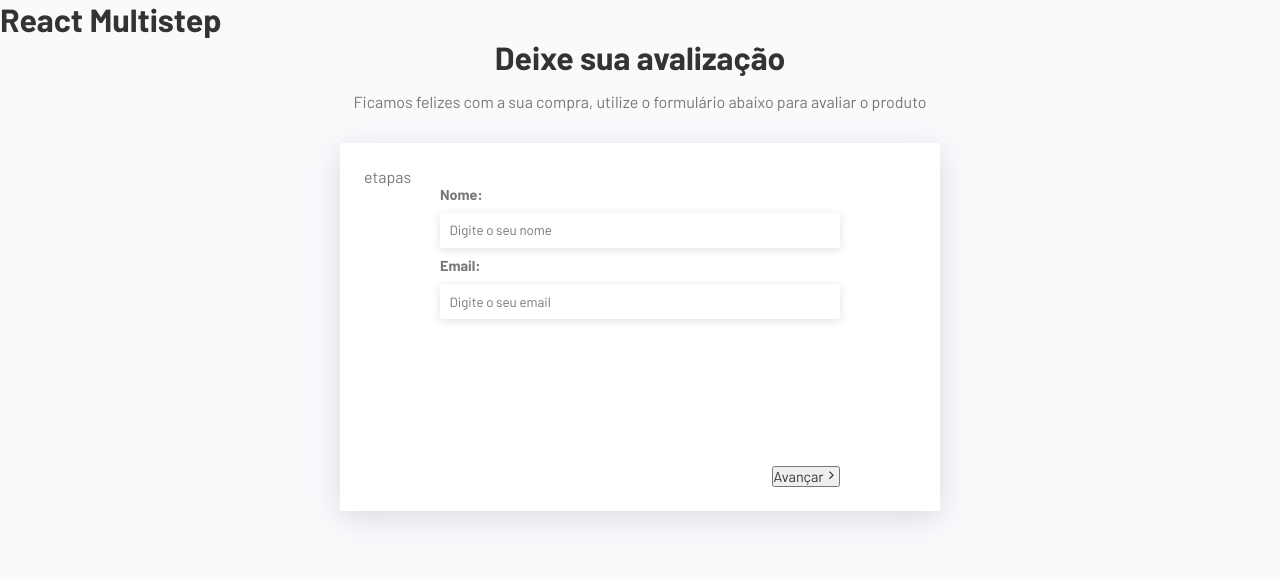
Repository: Bitroia/multistep_form_react
Page: / (app in multistep_form_react/)
The author's editor kept a copy of each file at every save. The page is drawn from the files as they stood at one save, then again after a run of saves.
The browser window is 1280 px wide. The pictures show the whole page.
The project was rebuilt for these pictures with package versions that can differ from the ones it lists, and the page was loaded fresh each time. Also part of the build but not shown: multistep_form_react/vite.config.js, multistep_form_react/src/components/ReviewForm.jsx, multistep_form_react/src/components/Thanks.jsx.

Above is the page before, as saved 2026-06-12 14:12:08.

After the next 4 saves:
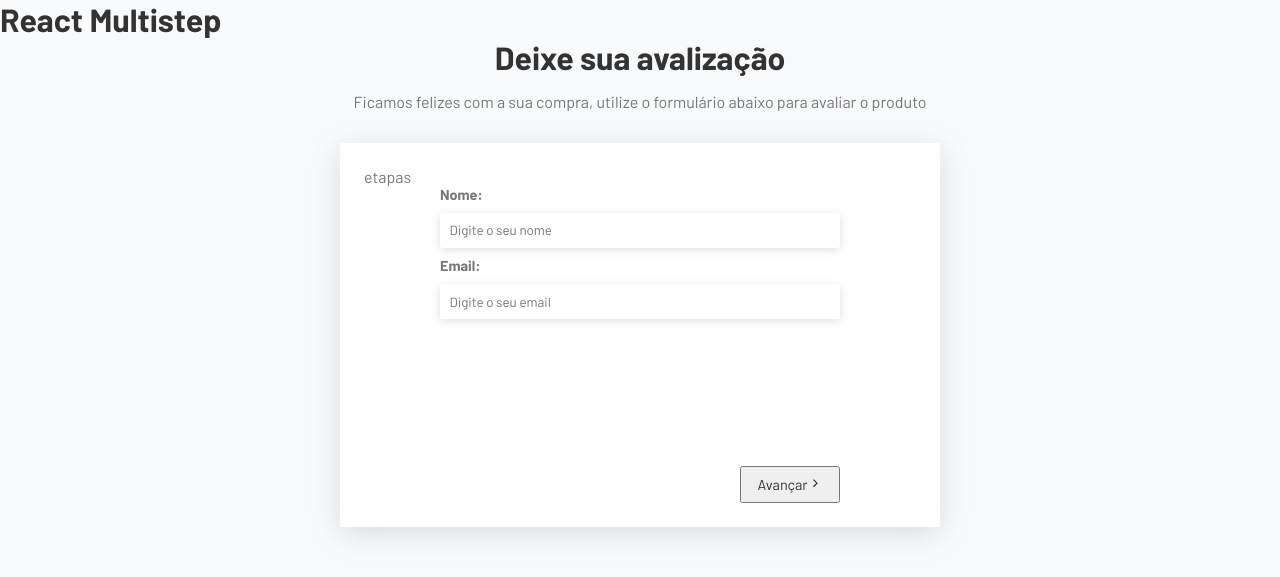
The 4 saves are shown as one change because they came seconds apart.
The last was saved 10 s later.
--- a/multistep_form_react/src/App.css
+++ b/multistep_form_react/src/App.css
@@ -69,5 +69,5 @@ textarea{
 
 .actions button{
     font-size: 0.9rem;
-
+    padding: 0.5rem 1rem;
 }
